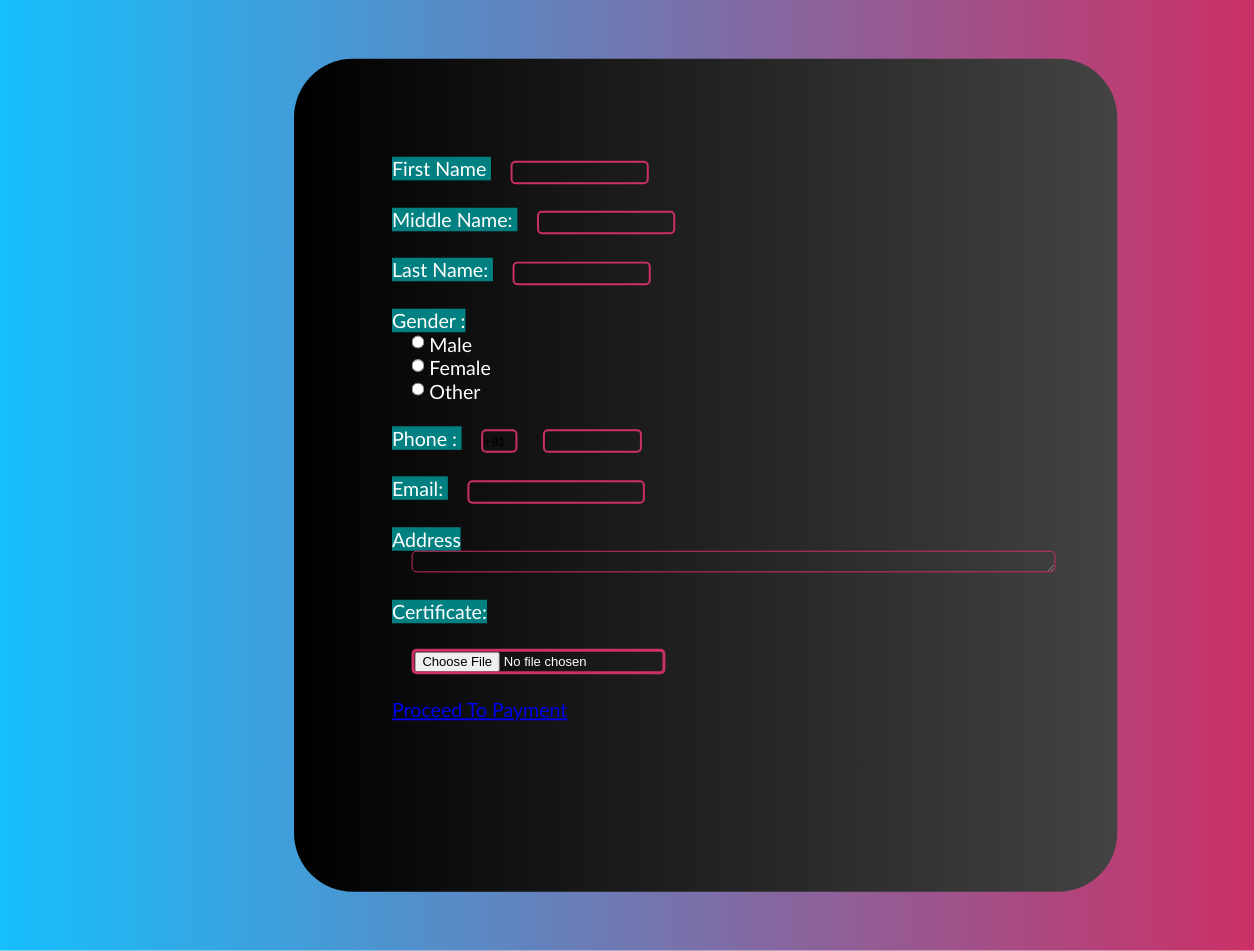
Repository: sarthakkathpalia/elliptical
Page: html/form.html
An editor plug-in stored every save of this project. The page is shown before and after the next save, followed by the edit.
The browser window is 1280 px wide. The pictures show the whole page, at 98% of full size.

Above is the page before, as saved 2021-10-30 17:42:11.

### html/form.html
<!DOCTYPE html>
<html lang="en">
<head>
    <meta charset="UTF-8">
    <meta http-equiv="X-UA-Compatible" content="IE=edge">
    <meta name="viewport" content="width=device-width, initial-scale=1.0">
    <title>form</title>
</head>
<style>
        *{
        padding: 0%;
        margin: 0%;
            }
        input , textarea{
            border-radius: 5px;
            margin-left: 20px;
            height: 20px;
            background: transparent;
            border-style: solid;
            border-color: #CB3066;
        }
        label{
            background-color: teal;
        }
        .book{
            display:flex;
            align-items: center;

            background-image: linear-gradient(to right ,#16BFFD,#CB3066);
        }
        .box{
            font-family:'Trebuchet MS', 'Lucida Sans Unicode', 'Lucida Grande', 'Lucida Sans', Arial, sans-serif;
            border-radius: 60px;
            font-size: 20px;
            color: white;
            background-image: linear-gradient(to right , #000000,#434343);
            width: 50%;
            height: 650px;
            margin-top: 60px;
            margin-bottom: 60px;
            margin-left: 300px;
            padding: 100px;
        }

</style>
<body>
    <form class="book">
      <div class="box">
        <label> First Name </label>
        <input type="text" name="firstname" size="15"/> <br> <br>
        <label> Middle Name: </label>
        <input type="text" name="middlename" size="15"/> <br> <br>
        <label> Last Name: </label>
        <input type="text" name="lastname" size="15"/> <br> <br>

        <label>
        Gender :
        </label><br>
        <input type="radio" name="male"/> Male <br>
        <input type="radio" name="female"/> Female <br>
        <input type="radio" name="other"/> Other
        <br>
        <br>

        <label>
        Phone :
        </label>
        <input type="text" name="country code"  value="+91" size="2"/>
        <input type="text" name="phone" size="10"/> <br> <br>
        <label>
            Email:
        </label>
        <input type="email" id="email" name="email"/> <br>
        <br>
        <label>
            Address
        </label>

        <br>
        <textarea cols="80" rows="5" value="address">
        </textarea>
        <br> <br>

        <label>
            Certificate:
        </label>
        <br>
        <br>
        <input type="file" id="image-input" accept="image/*">
        <br>
        <br>
        <a href="index.html">Proceed To Payment</a>
        <!-- <button type="submit">Proceed To Payment</button> -->
    </div>
        </form>
</body>
</html>

After the next save:
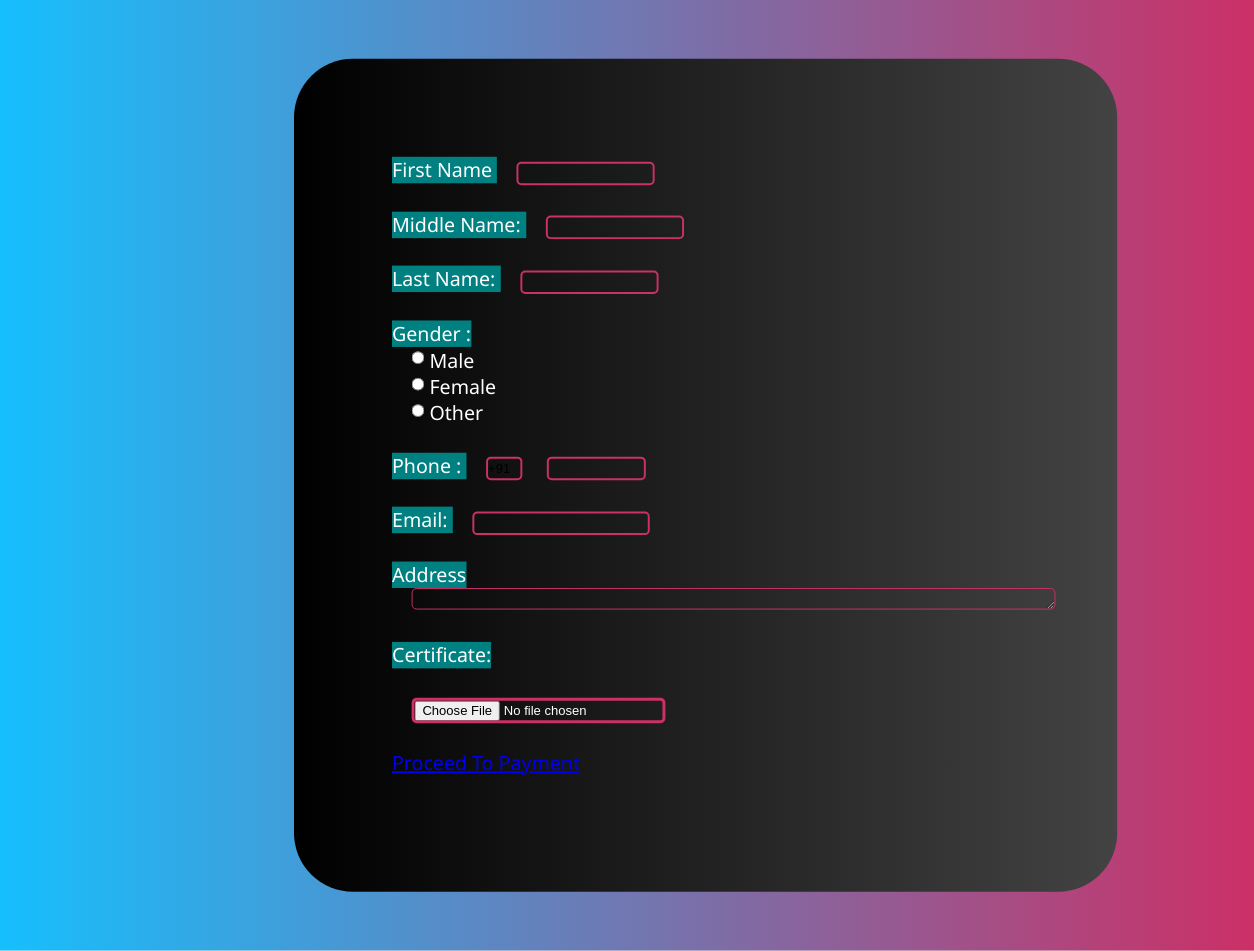
Saved 9 s later.
--- a/html/form.html
+++ b/html/form.html
@@ -29,7 +29,7 @@
             background-image: linear-gradient(to right ,#16BFFD,#CB3066);
         }
         .box{
-            font-family:'Trebuchet MS', 'Lucida Sans Unicode', 'Lucida Grande', 'Lucida Sans', Arial, sans-serif;
+            font-family:'Segoe UI', Tahoma, Geneva, Verdana, sans-serif;
             border-radius: 60px;
             font-size: 20px;
             color: white;

After the save that followed:
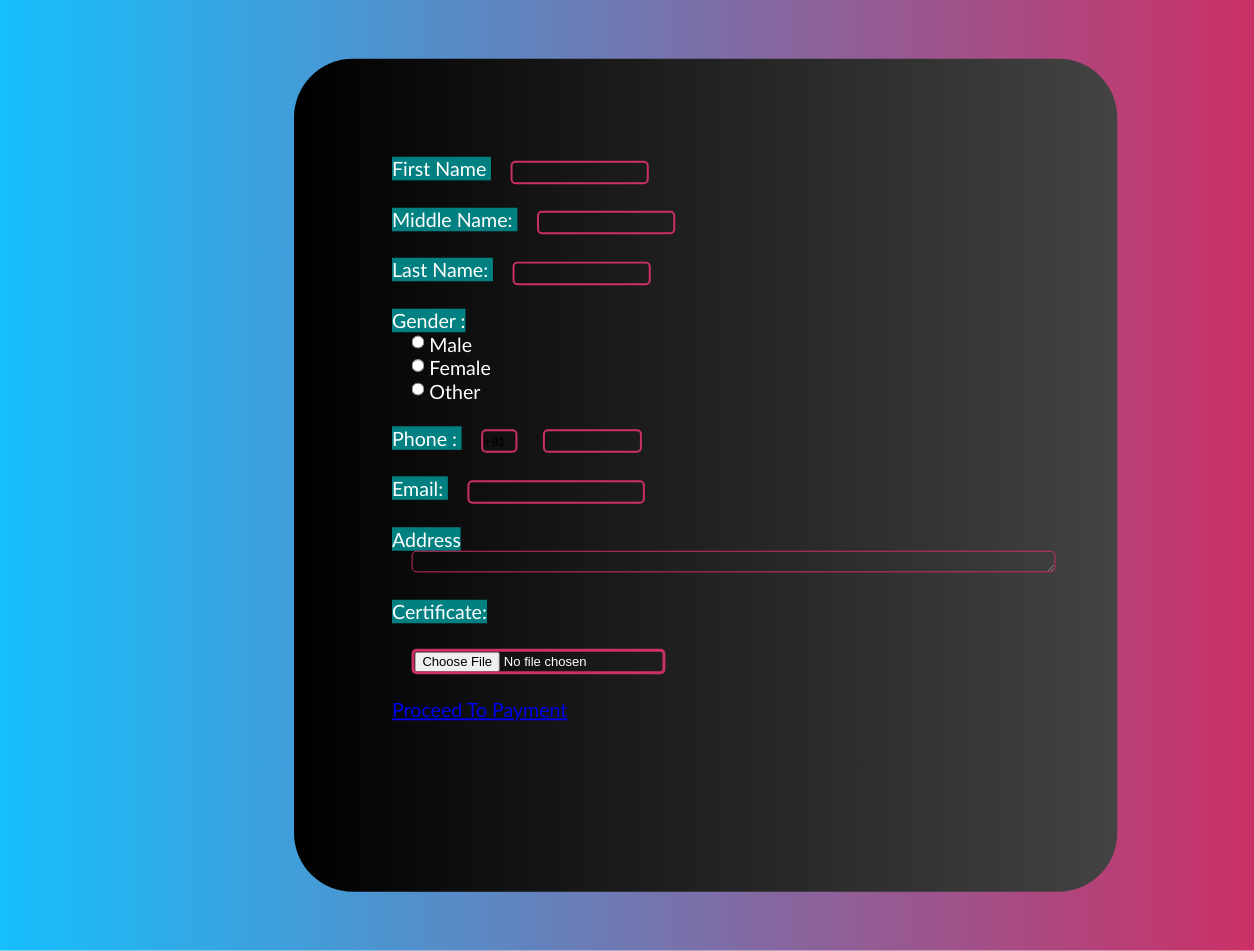
Saved 10 s later.
--- a/html/form.html
+++ b/html/form.html
@@ -29,7 +29,7 @@
             background-image: linear-gradient(to right ,#16BFFD,#CB3066);
         }
         .box{
-            font-family:'Segoe UI', Tahoma, Geneva, Verdana, sans-serif;
+            font-family:'Gill Sans', 'Gill Sans MT', Calibri, 'Trebuchet MS', sans-serif;
             border-radius: 60px;
             font-size: 20px;
             color: white;
